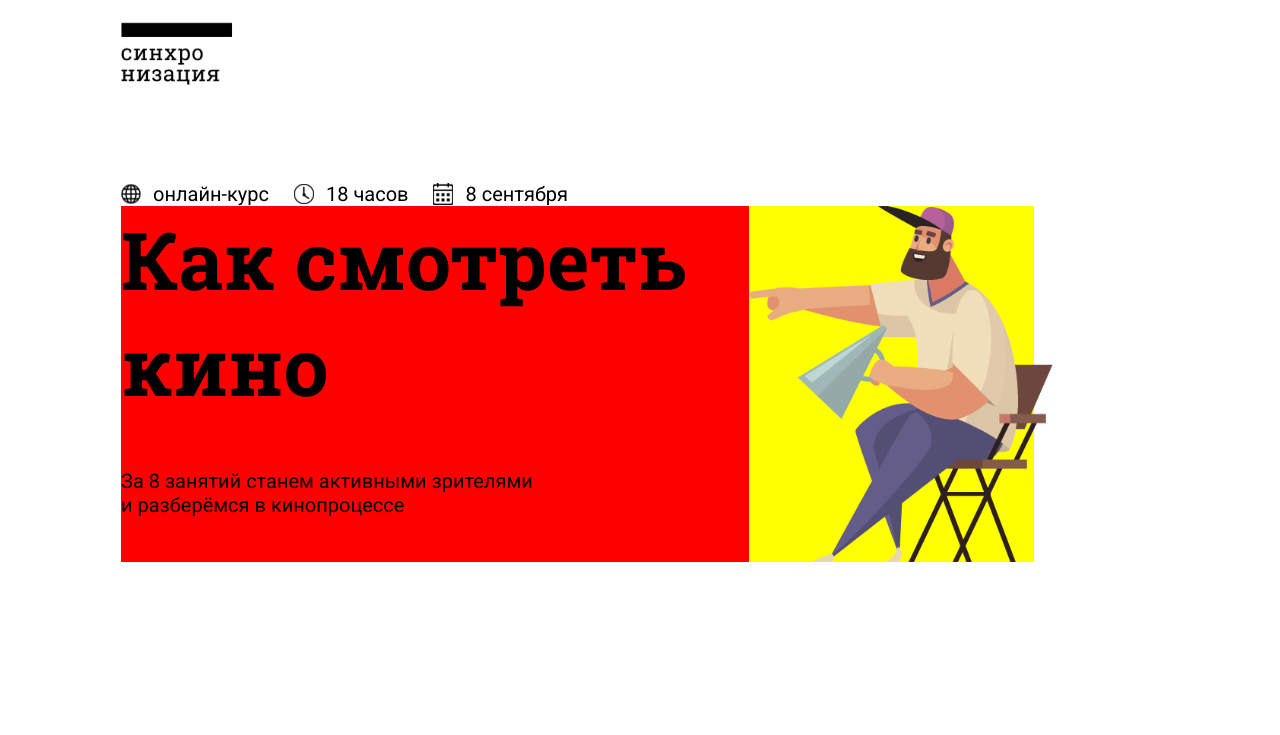
Repository: kubrazamanova/project1
Page: index.html
The author's editor kept a copy of each file at every save. The page is drawn from the files as they stood at one save, then again after a run of saves.
The browser window is 1280 px wide. The pictures show the whole page.

Above is the page before, as saved 2023-09-09 13:01:36.

### index.html
<!DOCTYPE html>
<html lang="en">
  <head>
    <meta charset="UTF-8" />
    <meta name="viewport" content="width=device-width, initial-scale=1.0" />
    <title>Document</title>
    <link rel="stylesheet" href="index.css" />
  </head>

  <body>
    <div class="container">
      <img class="logo-img" src="./images/logo_mobile_black 1 (1).svg" alt="" />
      <ul>
        <li>
          <img src="./images/globe (1).svg" alt="" />
          <p>онлайн-курс</p>
        </li>
        <li>
          <img src="./images/img_135744 (1).svg" alt="" />
          <p>18 часов</p>
        </li>
        <li>
          <img src="./images/calendar_2 (1).svg" alt="" />
          <p>8 сентября</p>
        </li>
      </ul>
<div class="collaj-box">
  <div class="text-container">
    <h1>Как смотреть кино</h1>
    <p>
      За 8 занятий станем активными зрителями и разберёмся в кинопроцессе
    </p>

  </div>
  <img src="./images/noroot 1.svg" alt="" />

</div>

      <!-- <div class="card-box">
        <div class="blue">
          <h1>
            Зритель для меня не потребитель моей продукции, не судья, а
            соучастник творчества, соавтор.
          </h1>
          <br />
          <h2>Андрей Тарковский</h2>
        </div>
      </div> -->
    </div>
  </body>
</html>

### index.css
@import url("https://fonts.googleapis.com/css2?family=Roboto+Slab:wght@700&family=Roboto:wght@400;700&display=swap");
* {
  margin: 0;
  padding: 0;
  box-sizing: border-box;
}
.container {
  padding: 21px 246px 173px 121px;
}
.container .logo-img {
  width: 112px;
  height: 66px;
}
.container ul {
  margin-top: 92px;
  display: flex;
}
.container ul li {
  display: flex;
  margin-right: 25px;
}
.container ul li img {
  margin-right: 12px;
  width: 20px;
  height: 22px;
}
.container ul li p {
  color: #000;
  font-family: Roboto;
  font-size: 20px;
  font-style: normal;
  font-weight: 400;
  line-height: 115%;
}
.container .collaj-box {
  display: flex;
  justify-content: space-between;
  background-color: yellow;
}
.container .collaj-box img {
  width: 304px;
  height: 356px;
}
.text-container {
  background-color: red;
}
.text-container h1 {
  margin-bottom: 51px;
  width: 628px;
  color: #000;
  font-family: Roboto Slab;
  font-size: 80px;
  font-style: normal;
  font-weight: 700;
}
.text-container p {
  width: 414px;
  color: #000;
  font-family: Roboto;
  font-size: 20px;
  font-style: normal;
  font-weight: 400;
}
.img {
  width: 304px;
  height: 356px;
}
.blue {
  border-radius: 5px;
  background: #1e4681;
  width: 483.635px;
  height: 200px;
}

.blue h1 {
  width: 430.589px;
  height: 113px;
  color: #fff;
  font-family: Roboto Slab;
  font-size: 25px;
  font-style: normal;
  font-weight: 400;
}
.blue h2 {
  color: #fff;
  text-align: right;
  font-family: Roboto;
  font-size: 20px;
  font-style: normal;
  font-weight: 400;
}

After the next 2 saves:
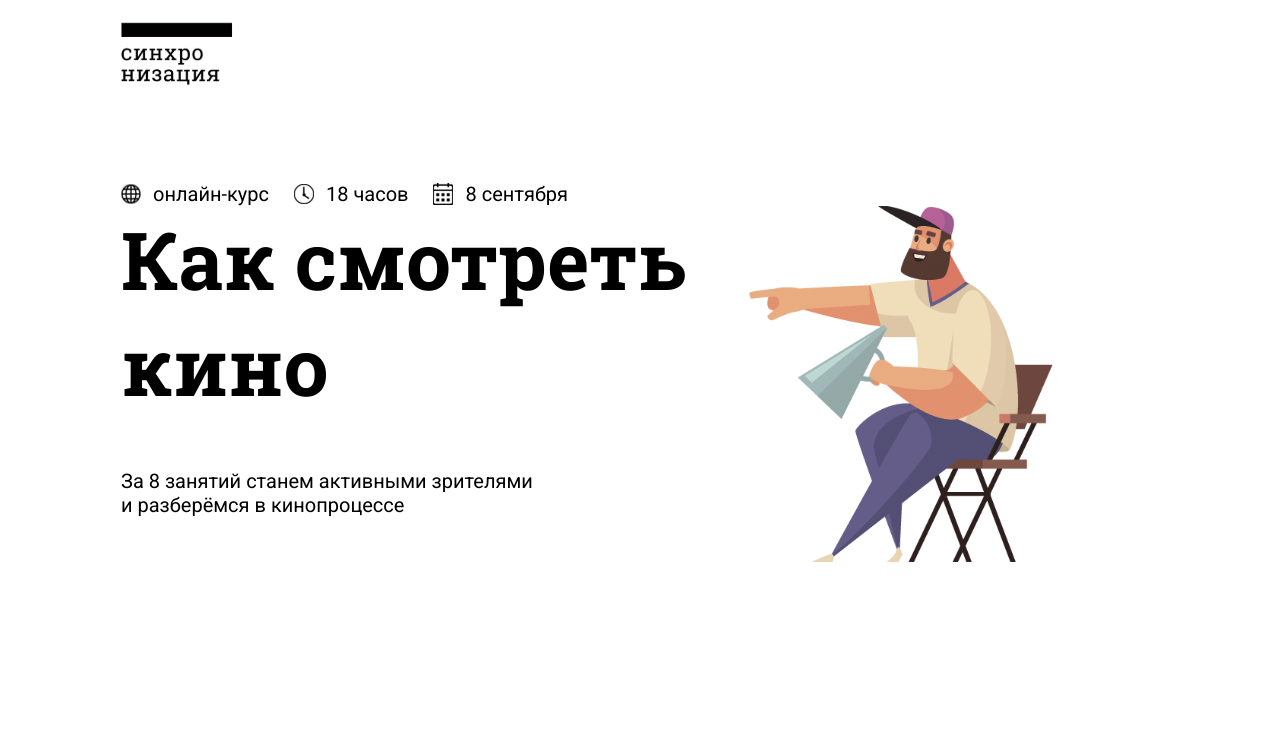
The 2 saves are shown as one change because they came seconds apart.
The last was saved 20 s later.
--- a/index.css
+++ b/index.css
@@ -35,14 +35,12 @@
 .container .collaj-box {
   display: flex;
   justify-content: space-between;
-  background-color: yellow;
 }
 .container .collaj-box img {
   width: 304px;
   height: 356px;
 }
 .text-container {
-  background-color: red;
 }
 .text-container h1 {
   margin-bottom: 51px;
